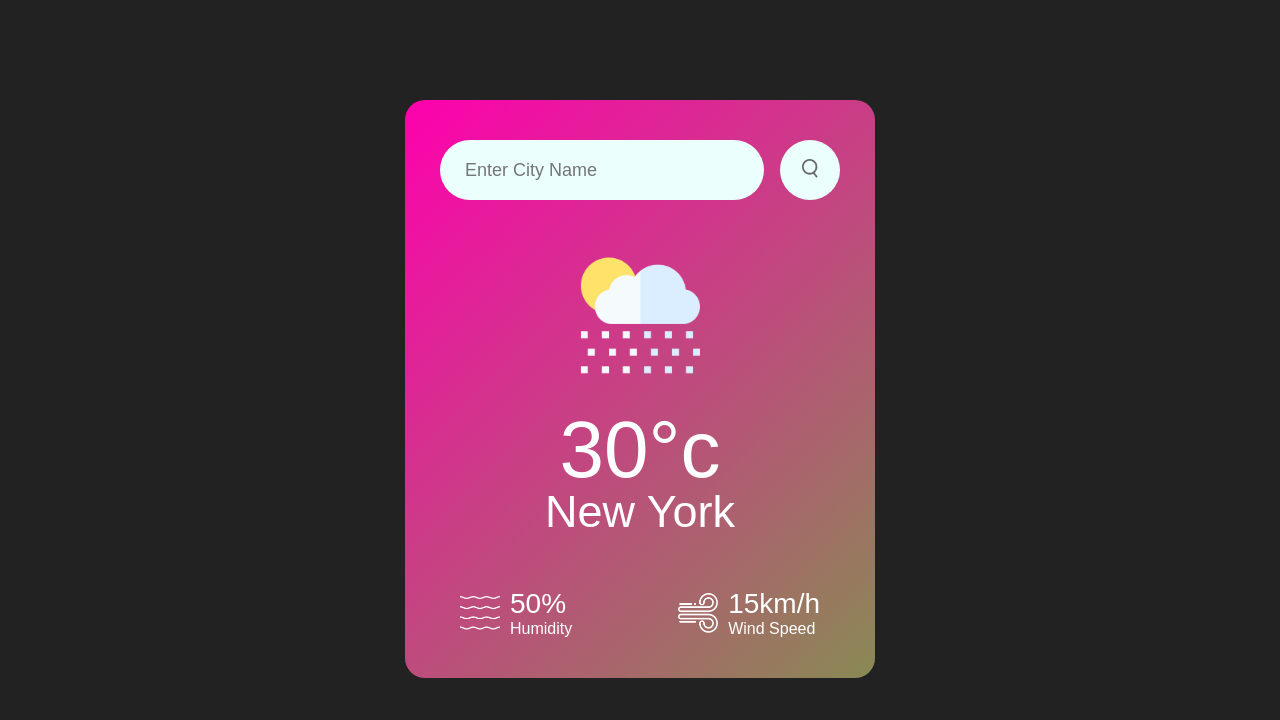
Repository: dubeprince/WeatherApp-Project
Page: WeatherApp/index.html
The author's editor kept a copy of each file at every save. The page is drawn from the files as they stood at one save, then again after the next save.
The browser window is 1280 px wide. The pictures show the whole page.

Above is the page before, as saved 2023-05-26 16:32:56.

### WeatherApp/index.html
<!DOCTYPE html>
<html lang="en">
<head>
    <meta charset="UTF-8">
    <meta http-equiv="X-UA-Compatible" content="IE=edge">
    <meta name="viewport" content="width=device-width, initial-scale=1.0">
    <title>Weather App</title>
    <link rel = "stylesheet" href = "style.css">
</head>
<body>

    <div class="card">
        <div class="search">
            <input type="text" placeholder="Enter City Name" spellcheck="false">
            <button><img src="images/search.png" alt=""></button>
        </div>
        <div class="weather">
            <img src="images/rain.png" class="weather-icon">
            <h1 class="temp">30°c</h1>
            <h2 class="city">New York</h2>
            <div class="details">
                <div class="col">
                    <img src="images/humidity.png" >
                    <div>
                        <p class="humidity">50%</p>
                        <p>Humidity</p>
                    </div>
                </div>
                <div class="col">
                    <img src="images/wind.png" >
                    <div>
                        <p class="wind">15km/h</p>
                        <p>Wind Speed</p>
                    </div>
                </div>
            </div>
        </div>
    </div>

    <script>
        const apiKey = "2c327d90082c0de2eda05aec2410c576";
        const apiUrl = "https://api.openweathermap.org/data/2.5/weather?&units=metric&q=";

        const searchBox = document.querySelector(".search input");
        const searchBtn = document.querySelector(".search button");

        async function checkWeather(city){
            const response = await fetch(apiUrl + city + `&appid=${apiKey}`);
            var data = await response.json();
            console.log(data);
            document.querySelector(".city").innerHTML = data.name;
            document.querySelector(".temp").innerHTML = Math.round(data.main.temp) + "°c";
            document.querySelector(".humidity").innerHTML = data.main.humidity + "%";
            document.querySelector(".wind").innerHTML = data.wind.speed + " Km/h";


        }

        searchBtn.addEventListener("click",()=> {checkWeather(searchBox.value);})

    </script>

</body>
</html>

### WeatherApp/style.css
*{
    margin : 0;
    padding: 0;
    font-family: 'Poppins', sans-serif;
    box-sizing: border-box;

}
body{
    background: #222;
}
.card{
    width: 90%;
    max-width: 470px;
    background: linear-gradient(135deg, #fe00ae, #898a54);
    color: #fff; /* white */
    margin: 100px auto 0;
    border-radius: 20px;
    padding: 40px 35px;
    text-align: center;

}
.search{
    width: 100%;
    display: flex;
    align-items: center;
    justify-content: space-between;
}
.search input{
    border: 0;
    outline: 0;
    background: #ebfffc;
    color: #555;
    padding: 10px 25px;
    height: 60px;
    border-radius: 30px;
    flex: 1;
    margin-right: 16px;
    font-size: 18px;
}
.search button{
    border: 0;
    outline: 0;
    border-radius: 50%;
    background: #ebfffc;
    width: 60px;
    height: 60px;
    cursor: pointer;

}
.search button img{
    width: 16px;

}
.weather-icon{
    width: 170px;
    margin-top: 30px;
}
.weather h1{
    font-size: 80px;
    font-weight: 500;
}
.weather h2{
    font-weight: 400;
    font-size: 45px;
    margin-top: -10px;
}
.details{
    display: flex;
    align-items: center;
    justify-content: space-between;
    padding: 0 20px;
    margin-top: 50px;
}
.col{
    display: flex;
    align-items: center;
    justify-content: space-between;
    text-align: left;
}
.col img{
    width: 40px;
    margin-right: 10px;
}
.humidity,.wind{
    font-size: 28px;

}

After the next save:
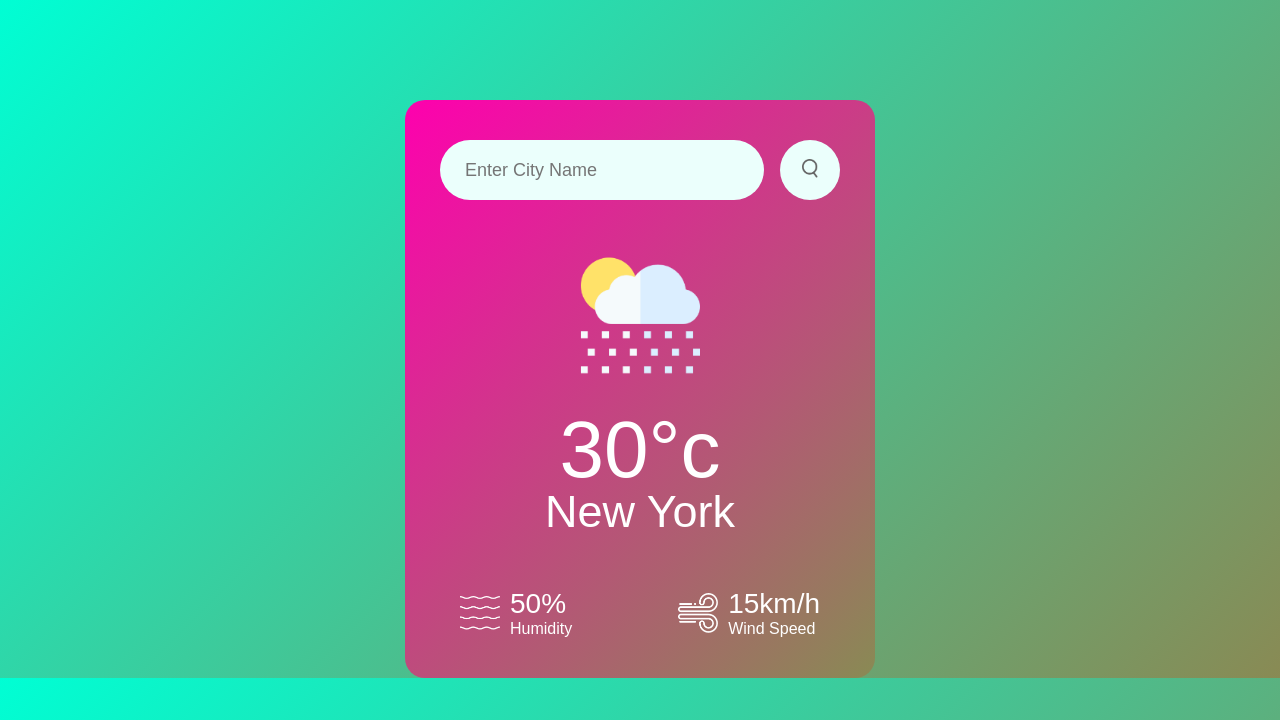
Saved 60 s later.
--- a/WeatherApp/style.css
+++ b/WeatherApp/style.css
@@ -6,7 +6,7 @@
 
 }
 body{
-    background: #222;
+    background: linear-gradient(135deg, #00fed4, #898a54);
 }
 .card{
     width: 90%;
